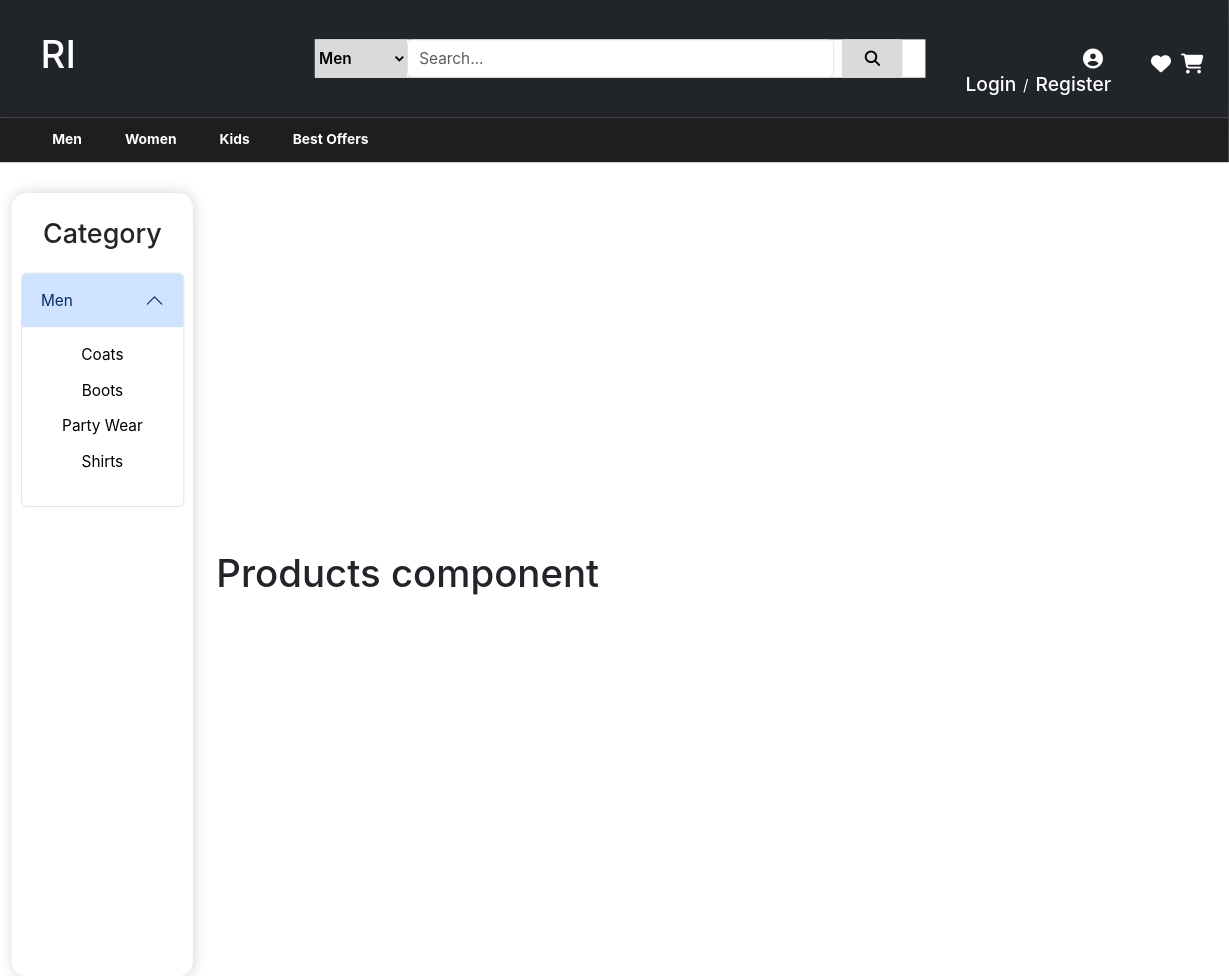
Repository: KodandaraoChellapilli/e-store
Page: /
An editor plug-in stored every save of this project. The page is shown before and after the next save, followed by the edit.
The browser window is 1280 px wide. The pictures show the whole page, at 96% of full size.
The project was rebuilt for these pictures with package versions that can differ from the ones it lists, and the page was loaded fresh each time. Also part of the build but not shown: src/App.css, src/Components/Products/_products.scss.

Above is the page before, as saved 2025-06-10 12:30:00.

### public/index.html
<!DOCTYPE html>
<html lang="en">
  <head>
    <meta charset="utf-8" />
    <link rel="icon" href="%PUBLIC_URL%/favicon.ico" />
    <meta name="viewport" content="width=device-width, initial-scale=1" />
    <meta name="theme-color" content="#000000" />
    <meta
      name="description"
      content="Web site created using create-react-app"
    />
    <link rel="apple-touch-icon" href="%PUBLIC_URL%/logo192.png" />
    <!--
      manifest.json provides metadata used when your web app is installed on a
      user's mobile device or desktop. See https://developers.google.com/web/fundamentals/web-app-manifest/
    -->
    <link rel="manifest" href="%PUBLIC_URL%/manifest.json" />

    <link rel="stylesheet"   href="https://cdnjs.cloudflare.com/ajax/libs/font-awesome/6.7.2/css/all.min.css"/>


    <link href="https://cdn.jsdelivr.net/npm/bootstrap@5.3.6/dist/css/bootstrap.min.css" rel="stylesheet" integrity="sha384-4Q6Gf2aSP4eDXB8Miphtr37CMZZQ5oXLH2yaXMJ2w8e2ZtHTl7GptT4jmndRuHDT" crossorigin="anonymous">
    <!--
      Notice the use of %PUBLIC_URL% in the tags above.
      It will be replaced with the URL of the `public` folder during the build.
      Only files inside the `public` folder can be referenced from the HTML.

      Unlike "/favicon.ico" or "favicon.ico", "%PUBLIC_URL%/favicon.ico" will
      work correctly both with client-side routing and a non-root public URL.
      Learn how to configure a non-root public URL by running `npm run build`.
    -->
    <title>React App</title>
  </head>
  <body>
    <noscript>You need to enable JavaScript to run this app.</noscript>
    <div id="root"></div>
    <!--
      This HTML file is a template.
      If you open it directly in the browser, you will see an empty page.

      You can add webfonts, meta tags, or analytics to this file.
      The build step will place the bundled scripts into the <body> tag.

      To begin the development, run `npm start` or `yarn start`.
      To create a production bundle, use `npm run build` or `yarn build`.
    -->
    <script src="https://cdn.jsdelivr.net/npm/bootstrap@5.3.6/dist/js/bootstrap.bundle.min.js" integrity="sha384-j1CDi7MgGQ12Z7Qab0qlWQ/Qqz24Gc6BM0thvEMVjHnfYGF0rmFCozFSxQBxwHKO" crossorigin="anonymous"></script>

  </body>
</html>

### src/App.js
import logo from './logo.svg';
import './App.css';
import TopNav from './Components/TopNav';
import  CatNav from './Components/CatNav';
import MainComponent from './Components/MainComponent';



function App() {
  return (
    <div className="App">

      <TopNav />
      <CatNav />
      <MainComponent />

    </div>
  );
}

export default App;

### src/Components/TopNav/index.js
import './_top-nav.scss';

const TopNav = () => {
    return (
        <div className='header bg-dark'>
            <div className='row top-nav-row'>

                <div className='brand my-1'>
                    <h1>RI</h1>
                </div>

                <div className='inp-container p-0 my-4 w-50 h-25 bg-white'>
                    <div className='dropdown m-0 p-0'>
                        <select className='select-btn w-100 p-0 m-0'>
                            <option>Men</option>
                            <option>Women</option>
                            <option>Kids</option>
                        </select>
                    </div>

                    <input className='form-control' placeholder='Search...' />
                    <button type="button"><i className='fa fa-search'></i></button>
                </div>

                <div className='login-container p-0'>
                    <i className='fa fa-user-circle user-icon'></i>
                    <div className='auth-links'>
                        <h5><a href='/login'>Login</a></h5>
                        <span> / </span>
                        <h5><a href='/register'>Register</a></h5>
                    </div>
                </div>

                <div className='cart-wishlist'>
                    <ul className='p-0'>
                        <li className='list-icon'><i className='fa fa-heart'></i></li>
                        <li className='list-icon'><i className='fa fa-shopping-cart'></i></li>
                    </ul>
                </div>

            </div>
        </div>
    );
};

export default TopNav;

### src/Components/CatNav/index.js
import './_cat-nav.scss';


const CatNav =()=> {
    return (
        <>

        <div className='cat-nav-container continer'>
            <ul>
                <li className ='list-items'> <a href='#'> Men  </a></li>
                <li className ='list-items' > <a href='#'> Women </a></li>
                <li  className ='list-items'> <a href='#'> Kids </a></li>
                <li  className ='list-items'> <a href='#'> Best Offers </a></li>

            </ul>
        </div>


        </>
    )
}

export default CatNav;

### src/Components/MainComponent/index.js
import './_main-component.scss';
import SideNav from '../SideNav';
import Products from '../Products';

const MainComponent =()=> {

    return (
        <div>
            <div className='container-fluid'>
                <div className='row'>

                     <div className='col-lg-2 col-md-3 col-sm-4'>
                    <SideNav/>
                </div>

                <div className='col-lg-10 col-md-9 col-sm-8'>

                    <Products/>

                </div>



                </div>

            </div>
        </div>
    )
}

export default MainComponent;

### src/Components/TopNav/_top-nav.scss
@import '../../style/sass/variables';

.header {
  max-width: 100%;
  box-shadow: 5px 5px 20px gray;
  padding: 1em;
}

.row {
  display: flex;
  align-items: center;
  flex-wrap: wrap;
  justify-content: space-between;
}

.brand {
  color: white;
  margin-left: 2%;
  padding: 0.8em;
  width: 23%;
}

.inp-container {
  display: flex;
  align-items: center;
  width: 50%;
  padding: 0.5em;
  background-color: white;
}

.inp-container .dropdown {
  width: 15%;
  margin-right: 0.5em;
}

.drropdown{
    width: 15%;
}

.select-btn {
  height: $element-height;
  border: none;
  background-color: #dadada;
  font-weight: 600;
  width: 100%;
}

.inp-container input {
  width: 70%;
  height: $element-height;
  margin-right: 0.5em;
}

.inp-container button {
  width: 10%;
  height: $element-height;
  border: none;
  background-color: #dadada;
}

.login-container {
  width: 15%;
  color: white;
  text-align: right;
  margin: 1.7em 0.2em 0 0;
}

.user-icon {
  margin-right: 0.4em;
  padding: 0.2em;
  font-size: $icon-font;
}

.auth-links {
  display: inline-block;
}

.login-container h5,
.login-container span {
  display: inline-block;
  margin: 0 0.2em;
}

.login-container a {
  text-decoration: none;
  color: white;
}

.cart-wishlist {
  width: 7%;
  margin-top: 1.7em;
  margin-left: 1em;
}

.cart-wishlist .list-icon {
  color: white;
  font-size: $icon-font;
  list-style-type: none;
  display: inline-block;
  margin-right: 0.5em;
}

### src/Components/CatNav/_cat-nav.scss
@import '../../style/sass/variables';
@import '../../style/sass/mixins';


.cat-nav-container {
  background-color: #1e1e1e; // Dark background for nav
  max-width: 100%; // Makes the nav bar take full width
  border-top: 1px solid #444444; // Adds a subtle top border

  .list-items {
    list-style-type: none; // Removes bullets from the list
    display: inline-block; // Aligns list items horizontally
    margin: 0.2em 1em; // Space around each list item
    padding: 0.4em; // Inner spacing
    height: 2.5em; // Sets height of each item
  }

  a {
    text-decoration: none; // Removes underline from links
    color: white; // Makes link text white
    height: 1.8em; // Sets height of the anchor tag
    font-size: 0.9em; // Slightly smaller font
    font-weight: 700; // Makes text bold

    @include underline-transition(1.1); // Applies underline transition effect


  }
}

### src/Components/SideNav/index.js
import './_side-nav.scss';

const SideNav = () => {
  return (
    <div className='side-nav'>
      <div className='section-title'>
        <h3>Category</h3>
      </div>

      <div className='accordion'>
        <div className='accordion-item individual-category'>
          <div className='accordion-header'>
            <button
              className='accordion-button'
              data-bs-target="#accordion-heading-one"
              data-bs-toggle="collapse"
            >
              Men
            </button>
          </div>

          <div
            className='accordion-collapse collapse show'
            id='accordion-heading-one'
            data-bs-parent=".accordion"
          >
            <div className='accordion-body'>
              <ul>
                <li className='sub-items'><a href='#'>Coats</a></li>
                <li className='sub-items'><a href='#'>Boots</a></li>
                <li className='sub-items'><a href='#'>Party Wear</a></li>
                <li className='sub-items'><a href='#'>Shirts</a></li>
              </ul>
            </div>
          </div>
        </div>
      </div>
    </div>
  );
};

export default SideNav;

### src/Components/Products/index.js
import './_products.scss';

const Products = () => {
    return (
        <div>
            <h1>Products component</h1>
        </div>
    )
}

export default Products;

### src/style/sass/_variables.scss
$accent-color: red;
$icon-font: 1.3em;
$element-height: 2.5em;

### src/style/sass/_mixins.scss
@mixin transition($property, $duration) {
  transition-property: $property;
  transition-duration: $duration;
}


@mixin underline-transition($width){
     &::after {
      content: ''; // Creates a fake element after <a>
      display: block; // Makes it act like a visible block
      bottom: 0; // Align it to bottom (needs position to work correctly)
      left: 0; // Align it to left side
      height: 0.2em; // Thin line height
      background-color:$accent-color; // Line color
      transform: scaleX(0); // Starts invisible
      @include transition(transform, 0.2s )
    }

    &:hover::after {
      transform: scaleX($width); // When hovering, stretch the line slightly
    }
}

### src/Components/SideNav/_side-nav.scss
@import "../../style/sass/mixins";
@import "../../style/sass/variables";

.side-nav{
    margin-top: 1em;
    padding: 0.6em;
    box-shadow: 1px 0px 14px 0px lightgray;
    height: 51em;
    border-radius: 1em;


    .section-title{
        padding: 1em;

        h3{
            text-align: center;
        }
    }

    .individual-category{
        ul{
            padding: 0;
        }
        .sub-items{
            text-align: center;
            margin-bottom: 0.6em;

            list-style-type: none; // Removes bullets from the list
            a{
                text-decoration: none; // Removes underline from linls
                color: black; // Makes link text black
                @include underline-transition(0.3); // Applies underline transition effect
            }
        }
    }
}

Loaded but not shown: src/index.js (common file); src/index.css (common file); src/reportWebVitals.js (common file); src/Components/MainComponent/_main-component.scss (no stored copy; drawn as an empty file)

After the next save:
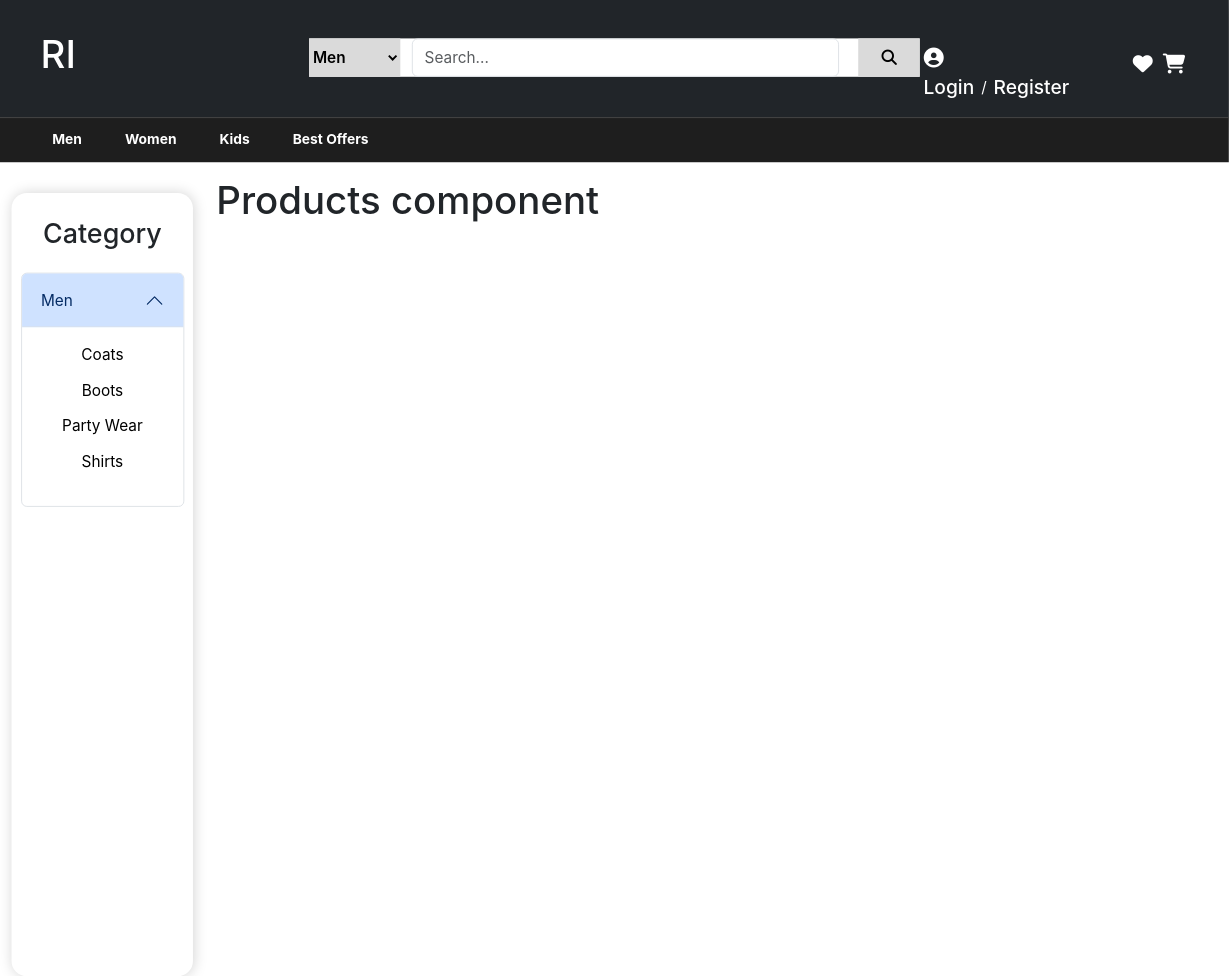
Saved 85 s later.
--- a/src/Components/TopNav/_top-nav.scss
+++ b/src/Components/TopNav/_top-nav.scss
@@ -6,7 +6,7 @@
   padding: 1em;
 }
 
-.row {
+.top-nav-row div {
   display: flex;
   align-items: center;
   flex-wrap: wrap;
